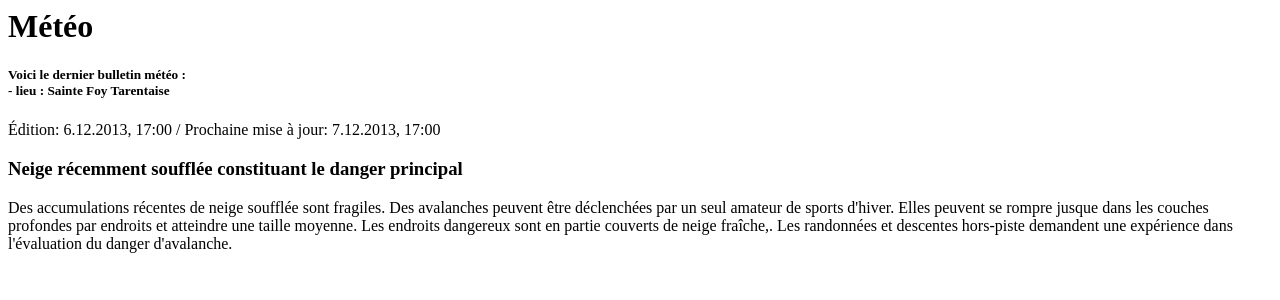
Repository: numericgraphics/Rosiere_Service
Page: www/templates/meteo.html
The author's editor kept a record of every edit. The page is drawn from the files as they stood at one moment, then again after the next edit.
The browser window is 1280 px wide. The pictures show the whole page.

Above is the page before.

### www/templates/meteo.html


<ion-view title="Meteo">
        <ion-content class="has-header has-footer padding">
          <h1 ><i class="icon ion-ios7-cloud"></i> Météo</h1 >


          <h5>Voici le dernier bulletin météo :  </br>- lieu : Sainte Foy Tarentaise</h5>

          <div class="card">
          <div class="item item-divider">
            Édition: 6.12.2013, 17:00 / Prochaine mise à jour: 7.12.2013, 17:00
          </div>
          <div class="item item-text-wrap item-button-right">
            <h3>Neige récemment soufflée constituant le danger principal</h3>
            <a>Des accumulations récentes de neige soufflée sont
              fragiles. Des avalanches peuvent être déclenchées
              par un seul amateur de sports d'hiver. Elles peuvent
              se rompre jusque dans les couches profondes par
              endroits et atteindre une taille moyenne. Les endroits
              dangereux sont en partie couverts de neige fraîche,. Les
              randonnées et descentes hors-piste demandent une
              expérience dans l'évaluation du danger d'avalanche.</a>
          </div>
        </div>
        </ion-content>
      </ion-view>

After the next edit:
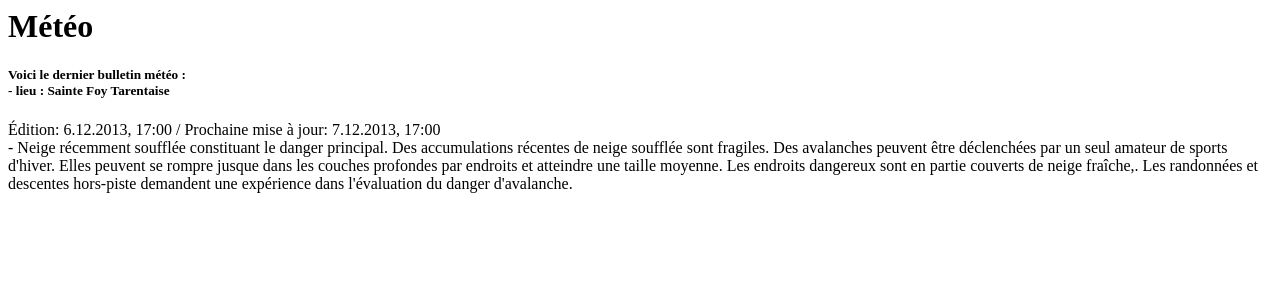
The edit:
--- a/www/templates/meteo.html
+++ b/www/templates/meteo.html
@@ -11,9 +11,9 @@
           <div class="item item-divider">
             Édition: 6.12.2013, 17:00 / Prochaine mise à jour: 7.12.2013, 17:00
           </div>
-          <div class="item item-text-wrap item-button-right">
-            <h3>Neige récemment soufflée constituant le danger principal</h3>
-            <a>Des accumulations récentes de neige soufflée sont
+          <div class="item item-text-wrap">
+           <a>- Neige récemment soufflée constituant le danger principal.
+            Des accumulations récentes de neige soufflée sont
               fragiles. Des avalanches peuvent être déclenchées
               par un seul amateur de sports d'hiver. Elles peuvent
               se rompre jusque dans les couches profondes par
